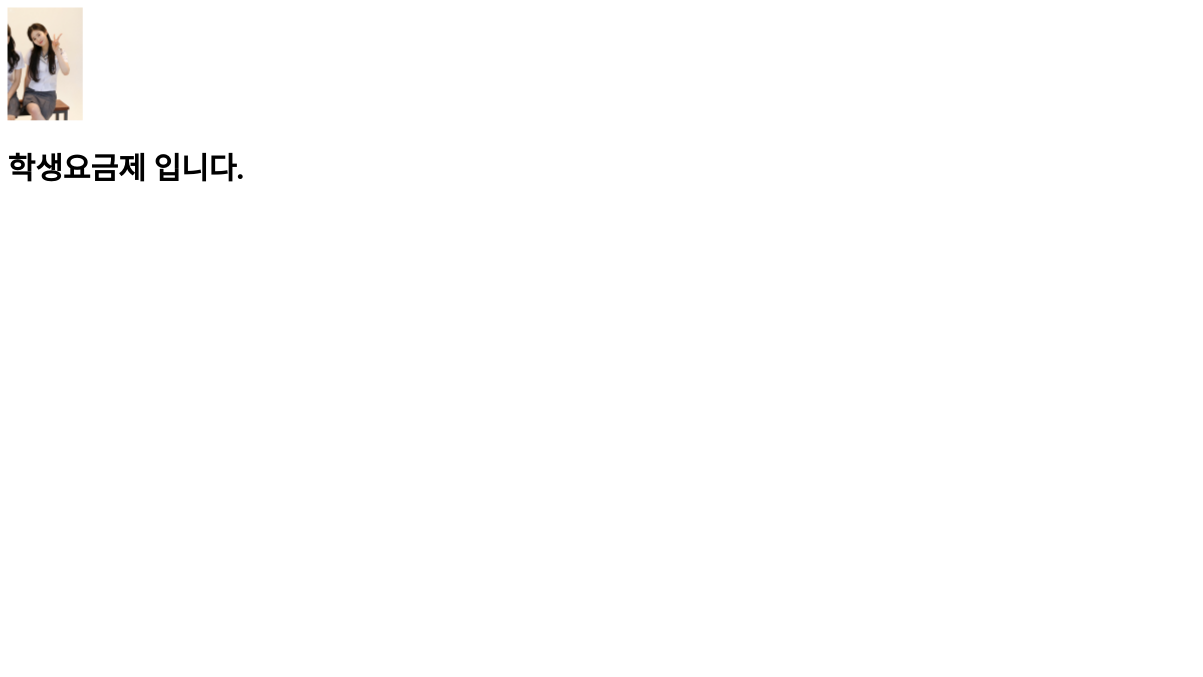
Repository: JongMin22/jsp.practice
Page: http://localhost/JSPBasic/JspObject/4.objecttest/bus_child.jsp
The author's editor kept a copy of each file at every save. The page is drawn from the files as they stood at one save, then again after the next save.
The browser window is 1280 px wide. The pictures show the whole page, at 94% of full size.
The page is served by Tomcat 9.

Above is the page before, as saved 2022-02-07 05:27:55.

After the next save:
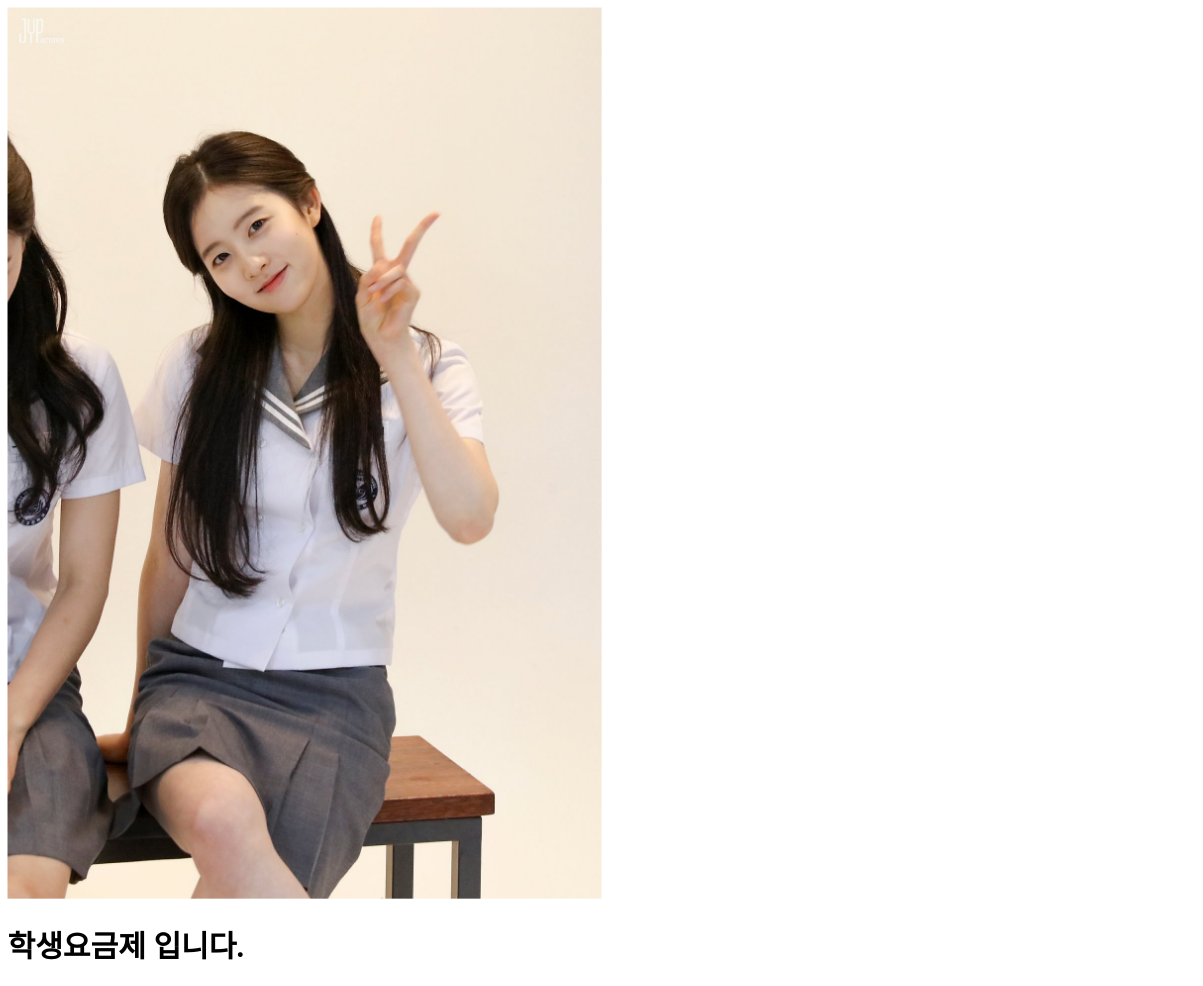
Saved 58 s later.
--- a/JSPBasic/src/main/webapp/JspObject/4.objecttest/bus_child.jsp
+++ b/JSPBasic/src/main/webapp/JspObject/4.objecttest/bus_child.jsp
@@ -7,7 +7,7 @@
 <title>Insert title here</title>
 </head>
 <body>
-<img src="reporsitory/학생.jpg" width="80px">
+<img src="reporsitory/학생.jpg" width="50%">
 <h1>학생요금제 입니다.</h1>
 
 </body>
